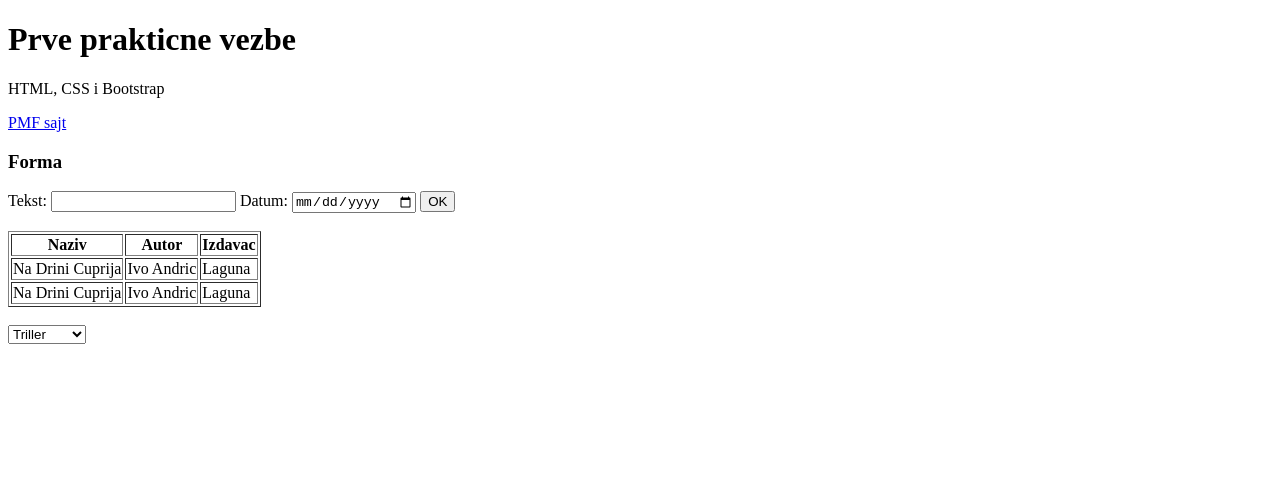
Repository: bojanludajic/Razvoj-Informacionih-Sistema
Page: Vezbe1/src/main/webapp/index.html
An editor plug-in stored every save of this project. The page is shown before and after the next save, followed by the edit.
The browser window is 1280 px wide. The pictures show the whole page.

Above is the page before, as saved 2024-10-22 11:48:48.

### Vezbe1/src/main/webapp/index.html
<!DOCTYPE html>
<html>
<head>
<meta charset="UTF-8">
<title>Razvoj informacionih sistema</title>
<link rel="stylesheet" href="css/styles.css">
</head>
<body>
<h1>Prve prakticne vezbe</h1>
<p>HTML, CSS i Bootstrap</p>

<a href="https://www.pmf.uns.ac.rs" target="_blank">PMF sajt</a>

<h3>Forma</h3>
<form>
	Tekst: <input type="text">
	Datum: <input type="date">
	<input type="submit" value="OK">
</form>

<br>

<table border="1">
	<tr>
		<th>Naziv</th>
		<th>Autor</th>
		<th>Izdavac</th>
	</tr>
	<tr>
		<td>Na Drini Cuprija</td>
		<td>Ivo Andric</td>
		<td>Laguna</td>
	</tr>
	<tr>
		<td>Na Drini Cuprija</td>
		<td>Ivo Andric</td>
		<td>Laguna</td>
	</tr>
</table>

<br>

<select>
	<option>Triller</option>
	<option>Biografija</option>
	<option>Drama</option>
</select>

</body>
</html>

Loaded but not shown: Vezbe1/src/main/webapp/css/styles.css (common file)

After the next save:
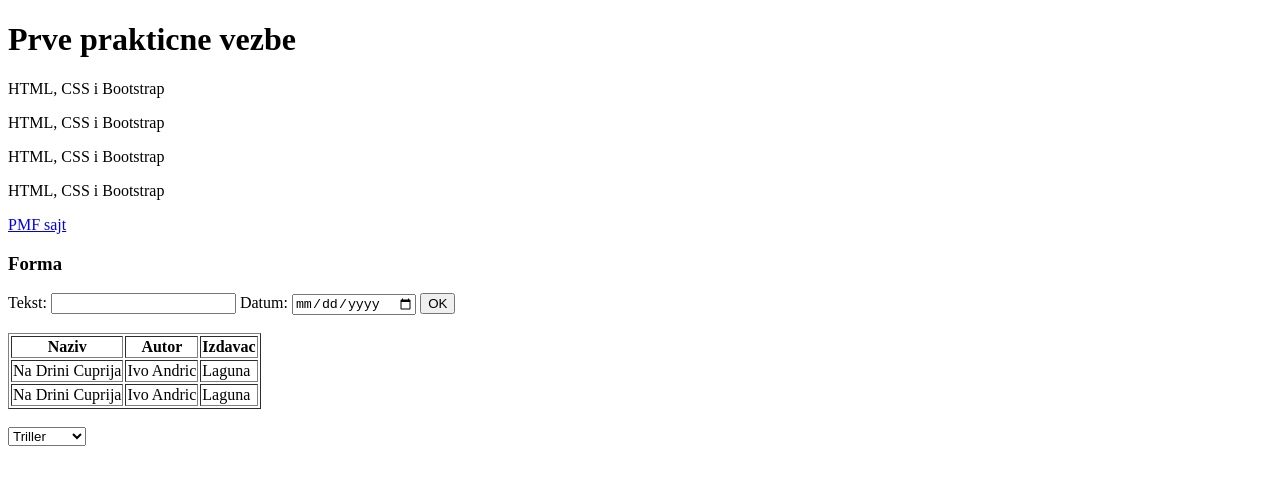
Saved 23 s later.
--- a/Vezbe1/src/main/webapp/index.html
+++ b/Vezbe1/src/main/webapp/index.html
@@ -8,6 +8,11 @@
 <body>
 <h1>Prve prakticne vezbe</h1>
 <p>HTML, CSS i Bootstrap</p>
+<p>HTML, CSS i Bootstrap</p>
+<p>HTML, CSS i Bootstrap</p>
+<p>HTML, CSS i Bootstrap</p>
+
+
 
 <a href="https://www.pmf.uns.ac.rs" target="_blank">PMF sajt</a>
 
